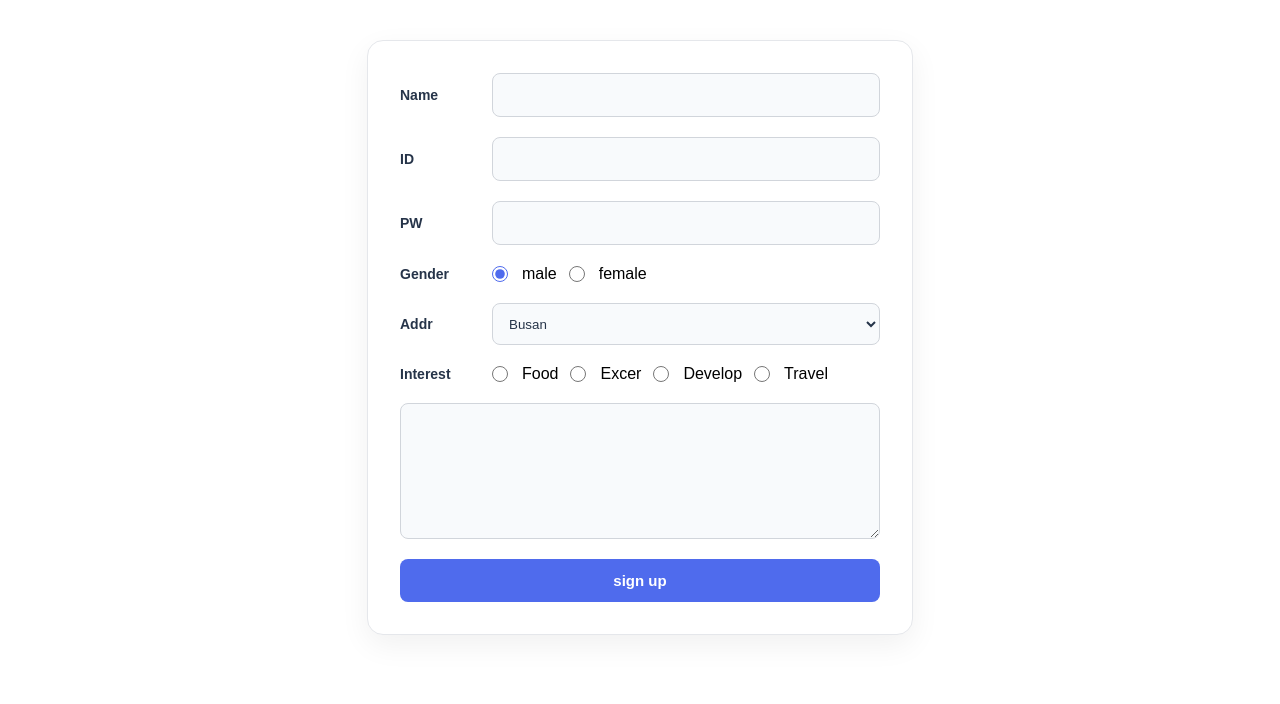
Repository: 9re9ori0426/Bootcamp
Page: webws/03_InputOutput/src/main/webapp/reg.html
The author's editor kept a copy of each file at every save. The page is drawn from the files as they stood at one save, then again after the next save.
The browser window is 1280 px wide. The pictures show the whole page.

Above is the page before, as saved 2026-10-20 07:40:06.

### webws/03_InputOutput/src/main/webapp/reg.html
<!DOCTYPE html>
<html>
<head>
<meta charset="UTF-8">
<title>Insert title here</title>
<link rel='stylesheet' href='reg.css'>
</head>
<body>
	<form action="">
		<div class="signup-row">
			<div>Name</div>
			<input>
		</div>
		<div class="signup-row">
			<div>ID</div>
			<input>
		</div>
		<div class="signup-row">
			<div>PW</div>
			<input>
		</div>
		<div class="signup-row">
			<div>Gender</div>
			<input type="radio" name="gender" checked>male
			<input type="radio" name="gender">female
		</div>
		<div class="signup-row">
			<div>Addr</div>
			<select>
				<option>Seoul</option>
				<option selected>Busan</option>
				<option>Cheonan</option>
			</select>
		</div>
		<div class="signup-row">
			<div>Interest</div>
			<input type="radio">Food
			<input type="radio">Excer
			<input type="radio">Develop
			<input type="radio">Travel
		</div>
		<div class="signup-row">
			<textarea></textarea>
		</div>


		<button>sign up</button>
	</form>
</body>
</html>

### webws/03_InputOutput/src/main/webapp/reg.css
@charset "UTF-8";


:root {
  --primary: #4f6bed;
  --primary-hover: #3d55d6;
  --text: #263449;
  --text-muted: #6b7280;
  --border: #d1d5db;
  --background: #f8fafc;
  --surface: #ffffff;
  --radius: 8px;
  --focus-shadow: rgba(79, 107, 237, 0.15);
}

form {
  width: 100%;
  max-width: 480px;
  margin: 40px auto;
  padding: 32px;
  background: var(--surface);
  border: 1px solid #e5e7eb;
  border-radius: 16px;
  box-shadow: 0 10px 30px rgba(0, 0, 0, 0.06);
  font-family: Arial, sans-serif;
}

.signup-row {
  display: flex;
  align-items: center;
  flex-wrap: wrap;
  gap: 12px;
  margin-bottom: 20px;
}

.signup-row > div {
  flex: 0 0 80px;
  color: var(--text);
  font-size: 14px;
  font-weight: 600;
}

/* Text, ID, Password inputs */
.signup-row > input:not([type="radio"]) {
  flex: 1;
  min-width: 0;
  height: 42px;
  padding: 0 12px;
  color: var(--text);
  background: var(--background);
  border: 1px solid var(--border);
  border-radius: var(--radius);
  outline: none;
  transition: border-color 0.2s, box-shadow 0.2s;
}

/* Select */
.signup-row select {
  flex: 1;
  min-width: 0;
  height: 42px;
  padding: 0 12px;
  color: var(--text);
  background: var(--background);
  border: 1px solid var(--border);
  border-radius: var(--radius);
  outline: none;
  cursor: pointer;
}

/* Textarea row */
.signup-row:has(textarea) {
  align-items: stretch;
}

.signup-row textarea {
  width: 100%;
  min-height: 110px;
  padding: 12px;
  color: var(--text);
  background: var(--background);
  border: 1px solid var(--border);
  border-radius: var(--radius);
  font: inherit;
  resize: vertical;
  outline: none;
}

/* Focus effect */
.signup-row input:focus,
.signup-row select:focus,
.signup-row textarea:focus {
  border-color: var(--primary);
  box-shadow: 0 0 0 3px var(--focus-shadow);
}

/* Radio buttons */
.signup-row input[type="radio"] {
  width: 16px;
  height: 16px;
  margin: 0 2px 0 0;
  accent-color: var(--primary);
  cursor: pointer;
}

/* Submit button */
form > button {
  width: 100%;
  padding: 13px;
  color: #fff;
  background: var(--primary);
  border: none;
  border-radius: var(--radius);
  font-size: 15px;
  font-weight: 700;
  cursor: pointer;
  transition: background 0.2s, transform 0.2s;
}

form > button:hover {
  background: var(--primary-hover);
}

form > button:active {
  transform: scale(0.98);
}

/* Mobile */
@media (max-width: 520px) {
  form {
    width: calc(100% - 32px);
    padding: 24px 18px;
  }

  .signup-row {
    gap: 10px;
  }

  .signup-row > div {
    flex-basis: 65px;
  }
}

After the next save:
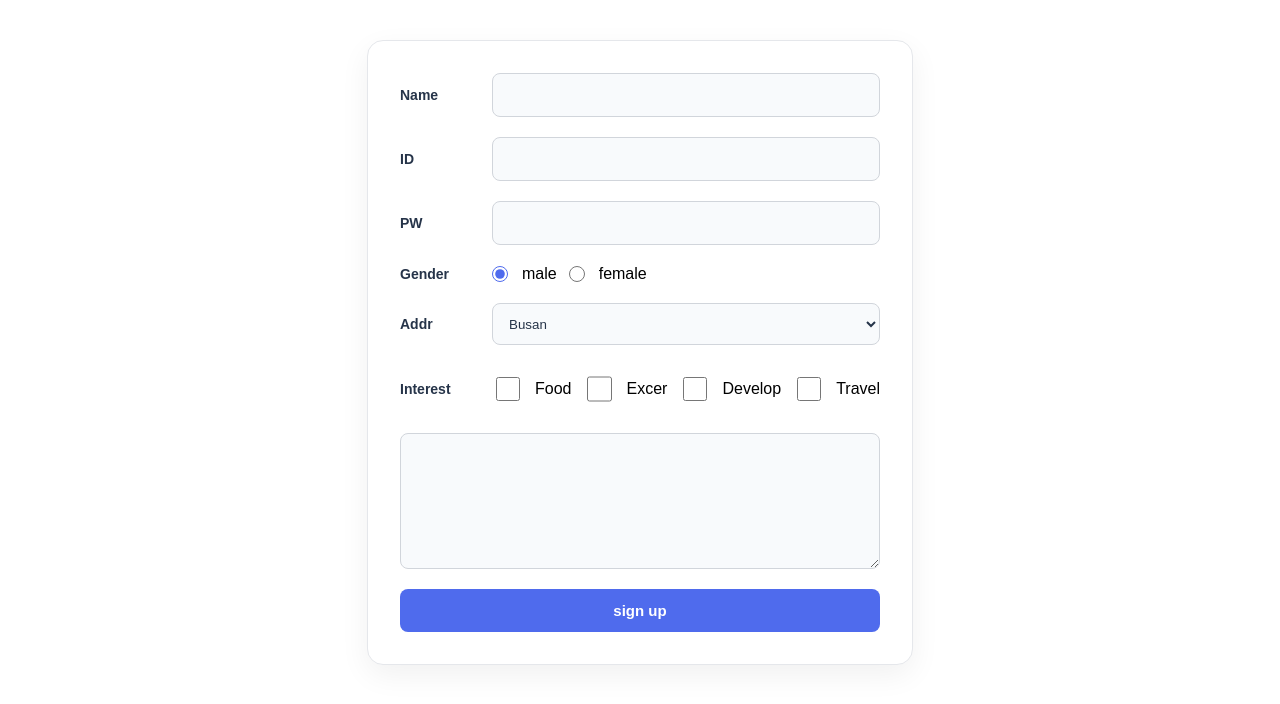
Saved 28 s later.
--- a/webws/03_InputOutput/src/main/webapp/reg.html
+++ b/webws/03_InputOutput/src/main/webapp/reg.html
@@ -34,10 +34,10 @@
 		</div>
 		<div class="signup-row">
 			<div>Interest</div>
-			<input type="radio">Food
-			<input type="radio">Excer
-			<input type="radio">Develop
-			<input type="radio">Travel
+			<input type="checkbox">Food
+			<input type="checkbox">Excer
+			<input type="checkbox">Develop
+			<input type="checkbox">Travel
 		</div>
 		<div class="signup-row">
 			<textarea></textarea>
